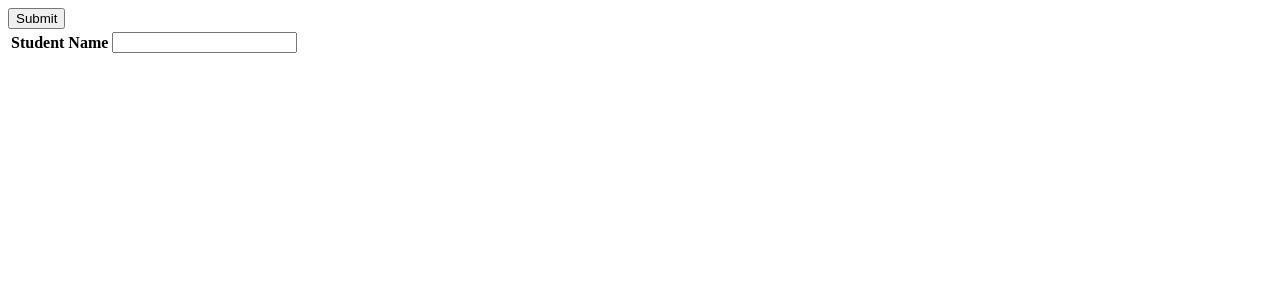
Repository: sisbhumi/LearnersAcademyApp
Page: BackendAdmin/src/main/webapp/addClass.html
These files come from the project's save history. The page is drawn as it stood at one moment and after the next save; the edit follows.
The browser window is 1280 px wide. The pictures show the whole page.

Above is the page before, as saved 2023-03-26 12:53:44.

### BackendAdmin/src/main/webapp/addClass.html
<!DOCTYPE html>
<html>
<head>
<meta charset="ISO-8859-1">
<title>Add Student Admin</title>
</head>
<body>
	<form action="addClass" method="post">
		<table>
			<tr>
				<th>Student Name</th>
				<th><input type="text" name="class_name" /></th>
			</tr>
			<input type="submit" name="add" />
		</table>

	</form>
</body>
</html>

After the next save:
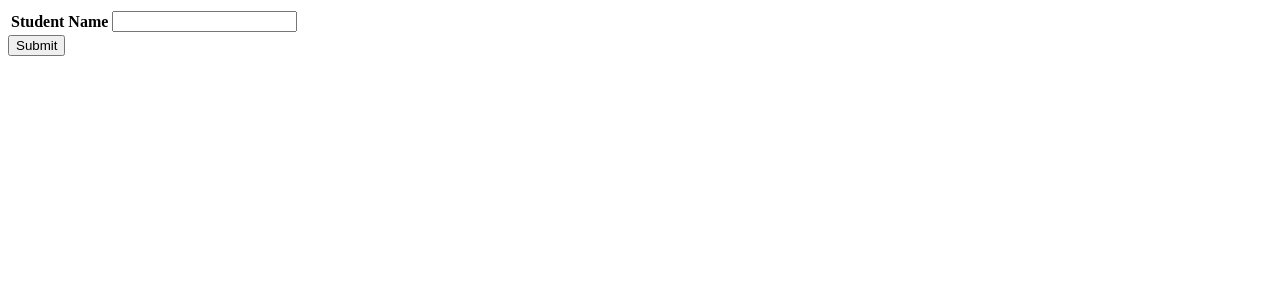
Saved 17 s later.
--- a/BackendAdmin/src/main/webapp/addClass.html
+++ b/BackendAdmin/src/main/webapp/addClass.html
@@ -11,9 +11,9 @@
 				<th>Student Name</th>
 				<th><input type="text" name="class_name" /></th>
 			</tr>
-			<input type="submit" name="add" />
+
 		</table>
-
+		<input type="submit" name="add" />
 	</form>
 </body>
 </html>
